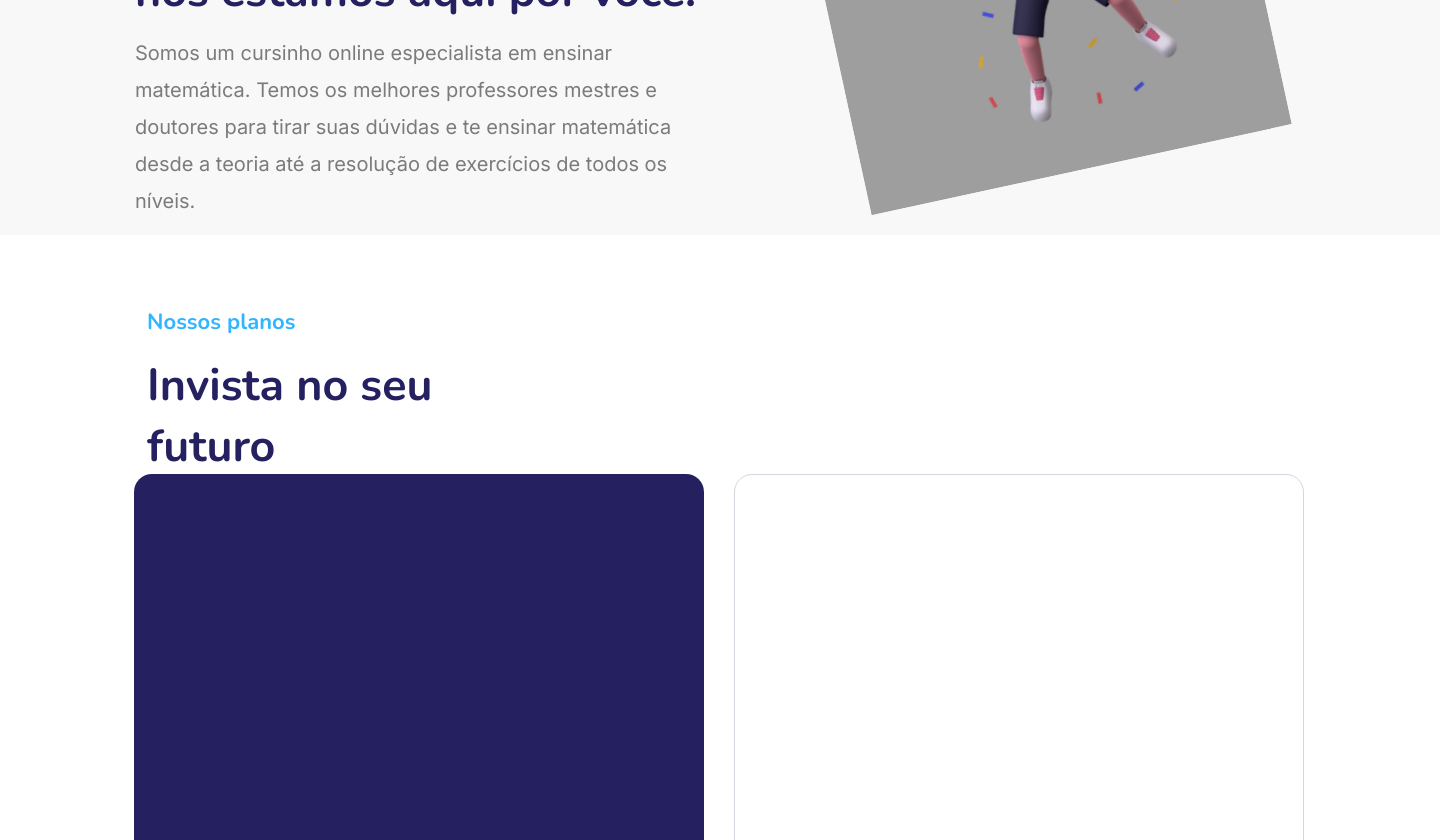
Repository: Williamlmachado/Desafio-Landing-page
Page: index.html
These files come from the project's save history. The page is drawn as it stood at one moment and after the next save; the edit follows.
The browser window is 1280 px wide. The page is 1452 px wide, so the pictures cover 1452 px, including what lies to the right of the window. The pictures show the part of the page from y = 2419 to 3259 px (the page is 5207 px tall).
Pictures or frames that could not be fetched are drawn as grey boxes. Some icons come from a web library that is not loaded, so they are not drawn.

Above is the page before, as saved 2021-11-10 19:38:21.

### index.html
<!DOCTYPE html>
<html lang="en">

<head>
  <meta charset="UTF-8">
  <meta http-equiv="X-UA-Compatible" content="IE=edge">
  <meta name="viewport" content="width=device-width, initial-scale=1.0">
  <link rel="stylesheet" href="path/to/font-awesome/css/font-awesome.min.css">
  <link href="https://fonts.googleapis.com/css2?family=Inter:wght@100;200;300;400;500;600&display=swap" rel="stylesheet">
  <link href="https://fonts.googleapis.com/css2?family=Nunito:ital,wght@0,200;0,300;0,400;0,700;0,800;0,900;1,200;1,300;1,400;1,600;1,700;1,800;1,900&display=swap" rel="stylesheet">
  <link href="https://fonts.googleapis.com/css2?family=Fredoka+One&display=swap" rel="stylesheet">
  <link href="https://cdn.jsdelivr.net/npm/bootstrap@5.1.3/dist/css/bootstrap.min.css" rel="stylesheet"
    integrity="sha384-1BmE4kWBq78iYhFldvKuhfTAU6auU8tT94WrHftjDbrCEXSU1oBoqyl2QvZ6jIW3" crossorigin="anonymous">
  <link rel="stylesheet" href="style.css">
  <script src="https://cdn.jsdelivr.net/npm/bootstrap@5.1.3/dist/js/bootstrap.bundle.min.js"
    integrity="sha384-ka7Sk0Gln4gmtz2MlQnikT1wXgYsOg+OMhuP+IlRH9sENBO0LRn5q+8nbTov4+1p"
    crossorigin="anonymous"></script>
  <title>Document</title>

<body>
  <nav class="navbar navbar-expand-lg navbar-light bg-light">
    <a class="navbar-brand" href="#">
      <img src="img/logoipsum-logo-40 2.svg" alt="logo">
    </a>
    <button class="navbar-toggler" type="button" data-toggle="collapse" data-target="#navbarNav" aria-controls="navbarNav" aria-expanded="false" aria-label="Toggle navigation">
      <span class="navbar-toggler-icon"></span>
    </button>
    <nav>
    <div class="collapse navbar-collapse" id="navbarNav">
      <ul class="navbar-nav">
      <nav class="navbar-nav ml-auto">
        <li class="nav-item">
          <a class="nav-link disabled" href="#">Home <span class="sr-only"></span></a>
        </li>
        <li class="nav-item">
          <a class="nav-link disabled" href="#">Quem Somos</a>
        </li>
        <li class="nav-item-right">
          <a class="nav-link disabled" href="#">Plano</a>
        </li>
        <li class="nav-item">
          <a class="nav-link disabled" href="#">Fale Conosco</a>
        </li>
        <li class="nav-item">
          <button class="nav-button" type="button">Entrar</button>
        </li>
      </nav>
      </ul>
    </div>
  </nav>
    <div class="retangle-1">
      <div class="row">
          <div class="retangle-8">
           <div class="col"><img class="spaceboy" src="img/image 3.svg" alt="astronauta"><H4 class="frase1">Seja aprovado no Enem e Vestibulares :)</H4>
          <H1 class="frase2">Você escolhe o que aprender.</H1></div>
          <h4 class="frase3">Aqui você terá toda assistência que precisa
            com materiais desenvolvido por mestres e doutores em matemática</h4>
          <button type="button" class="buttonret"><p class="fraseButton">Veja nossos planos</p><i class="fas fa-arrow-right"></i></button>
          </div>
          </div>
        <div class="col"><img class="boy" src="img/image 8.svg" alt="garoto"></div>
     </div>
    </div>
  <div class="retangle-2">
    <div class="escolas">
    <img src="img/Captura de Tela 2021-05-22 às 02.33 1.svg" alt="escolas">
  </div>
  <div class="row">
    <div class="col"><img class="smallogos" src="img/Group 53.svg" alt="smallogos"><p class="group12"><img class="group12" src="img/Group 12.svg"></p><p><img class="group13" src="img/Group 13.svg"></p><p><img class="group14" src="img/Group 14.svg"></p></div>
    <div class="col"><img class="adolescente" src="img/pretty-teenager-happy-to-be-back-at-university 1.svg" alt="prettyteenager"></div>
  </div>
    <div class="retangle-3">
      <div class="row">
        <div class="column1"><img class="feliz" src="img/image 43.svg" alt="foguete"><div class="frase4"><p>100% MATEMÁTICA</p></div><h3 class="frase5">Matemática pra quem quer entrar na facul</h3><h4 class="frase6">Somos um cursinho online especialista em ensinar matemática. Temos os melhores professores mestres e doutores para tirar suas dúvidas e te ensinar matemática desde a teoria até a resolução de exercícios de todos os níveis.</h4></div></div>

       <div class="column2"><img class="foguete" src="img/image 45.svg" alt="feliz"><div class="frase7"><p>QUER SER APROVADO?</p></div><h3 class="frase8">Se seu foco é ser aprovado, nós estamos aqui por você.</h3><h4 class="frase9">Somos um cursinho online especialista em ensinar matemática. Temos os melhores professores mestres e doutores para tirar suas dúvidas e te ensinar matemática desde a teoria até a resolução de exercícios de todos os níveis.</h4></div></div>
        </div>
      </div>
    </div>
    <div class="retangle-5">
      <div class="row">
        <h4 class="nossosplanos">Nossos planos</h4><p class="invista">Invista no seu futuro</p>
        <div class="col-1">
            <div class="retint1"></div>
        </div>
        <div class="col-2">
          <div class="retint2"></div>
        </div>
      </div>

    </div>
    <div class="retangle-4">
      <div class="row">
        <div class="col"><img class="celular" src="img/Frame 12.svg"><img class="celulardados" src="img/Group 41.svg"><img class="spaceboy2" src="img/image 3.svg" alt="spaceboy2"><h4 class="Baixe">Baixe aulas no app e estude offline</h4><p class="receba">Receba lembretes no seu celular e tenha a facilidade de estudar a qualquer hora e de qualquer lugar.
          Baixe nosso app e confira.</p><button type="button" class="buttonret4"><p class="fraseButton">Conheça nossos planos</p><i class="fas fa-arrow-right"></i></button></div>
        <div class="col"></div>
    </div>
  </div>
  <!-- <footer id="footer" class="py-5">
    <div class="row">
      <div class="col-md-5">
        <img class="" src="img/logoipsum-logo-40 2.svg" alt="logo">
        <div><img class=""src="img/Captura de Tela 2021-05-25 às 19.59 1.svg" alt="androideios"></div>
      </div>
      <div class="col-sm-2">
        <h5>Localização</h5>
        <p>Av. Brg. Faria Lima , 1422 São Paulo - SP </p>
      </div>
      <div class="col-sm-2">
        <h5>Fale Conosco</h5>
        <p>(22) 4442-0126</p>
        <p>info@digihouse.com</p>
      </div>
      <div class="col-sm-2">
        <h5>Política</h5>
        <p>Direitos autorais</p>
        <p>Termos de uso</p>
        <p>Políticas de Privacidade</p>
      </div>
      <hr class="linha"> -->
      <!-- <img class="copyright" src="img/Copyright.svg" alt="copyright"> -->
<span>Copyright 2021. All Right Reserved </span>
  </footer>
  </div>
</body>
</head>
</html>

### style.css
.nav-button{
    display: flex;
    flex-direction: row;
    justify-content: center;
    align-items: center;
    padding: 15px 116px;

    width: 133px;
    height: 43px;
    left: 1239px;
    top: 18px;

    /* Primary */
    background: #252160;

    /* Branco */
    border: 1px solid #FFFFFF;
    box-sizing: border-box;
    border-radius: 6px;
    color: #FFFFFF;
}

.nav-home{
    position: absolute;
    width: 46px;
    height: 22px;
    left: 5px;
    top: 0px;

    font-family: Inter;
    font-style: normal;
    font-weight: bold;
    font-size: 16px;
    line-height: 22px;

    /* identical to box height, or 137% */

    /* Primary */
    color: #252160;
}

.navbrad-brand{
    position: absolute;
    left: 58.02%;
    right: 35.2%;
    top: 34.99%;
    bottom: 29.03%;

    /* Primary */
    background: #252160;
}

#footer{
    position: absolute;
    width: 1550px;
    height: 373px;
    /* left: calc(50% - 1449px/2 + 4.5px); */
    top: calc(50% - 373px/2 + 2603.5px);

    /* Branco */
    background: #FFFFFF;
}

.imagemfooter{
    position: absolute;
    left: 3.51%;
    right: 72.51%;
    top: 18.75%;
    bottom: 18.75%;
    color: #A5B4FC;
}

.linha{
    margin-top: 150px;
    position: absolute;
    width: 1210px;
    left: 135px;
    border: 1px solid rgba(84, 84, 212, 0.34);
}

.col-md-5{
    align-items: center;
    align-content: center;
}

.copyright{

}

.retangle-1{
    position: absolute;
    width: 1440px;
    height: 821px;
    left: 0px;
    top: 79px;

    /* Primary */
    background: #252160;
}

.spaceboy{
    position: absolute;
    width: 50.02px;
    height: 36.06px;
    left: 125px;
    right: 150px;
    flex: none;
    order: 0;
    flex-grow: 0;
    margin: 50px -15px;
    transform: rotate(+15.22deg);
}

.retangle-2{
    position: absolute;
    width: 1440px;
    height: 821px;
    left: 0px;
    top: 900px;
    background: #ffff;
}
.retangle-3{
    position: absolute;
    width: 1440px;
    height: 954px;
    left: 0px;
    top: 800px;
    background: #F8F8F8
}

.escolas{
    position: absolute;
    width: 1270px;
    height: 164px;
    left: 66px;
    top: 35px;
}

.adolescente{
    position: relative;
    width: 600px;
    height: 738px;
    left: 25px;
    top: 105px;
    flex: none;
    order: 0;
    flex-grow: 0;
    margin: 6px 0px;
}

.smallogos{
    position: absolute;
    width: 67.79px;
    height: 403.63px;
    left: 112px;
    top: 275px;
}

.group12{
    position: absolute;
    width: 510.72px;
    height: 141px;
    left: 80px;
    top: 220px;
}

.group13{
    position: absolute;
    width: 510.72px;
    height: 155px;
    left: 195px;
    top: 275px;
}

.group14{
    position: absolute;
    width: 510.72px;
    height: 131px;
    left: 214px;
    top: 618px;
}

.boy{
    position: absolute;
    left: 763px;
    right: 143px;
    top: 153px;
    bottom: 120px;

}

.retangle-8{
    /* Rectangle 8 */

    position: absolute;
    width: 741.6px;
    height: 645.98px;
    left: 60px;
    top: 106px;

    background: #292663;
    border-radius: 124px;
    transform: rotate(-15.22deg);
    }

.frase1{
    position: absolute;
    width: 472px;
    height: 28px;
    top: 81PX;
    left:200px;
    right: 100px;

    font-family: inter;
    font-style: normal;
    font-weight: bold;
    font-size: 20.59px;
    line-height: 26px;

    color: #3AFFE5;
    flex: none;
    order: 1;
    flex-grow: 0;
    margin: 50px -30px;
    transform: rotate(+15.22deg);
}

.frase2{
    position: absolute;
    width: 631px;
    height: 151px;
    left: 65px;
    top: 200px;

    font-family: Fredoka One;
    font-style: normal;
    font-weight: normal;
    font-size: 65.1467px;
    line-height: 76px;
    transform: rotate(+15.22deg);
    /* or 116% */
    letter-spacing: -0.01em;

    /* Branco */
    color: #FFFFFF;
}

.frase3{
    position: absolute;
    width: 523px;
    height: 87px;
    left: 35px;
    top: 350px;

    font-family: Inter;
    font-style: normal;
    font-weight: normal;
    font-size: 19.45px;
    line-height: 29px;
    transform: rotate(+15.22deg);
    /* or 149% */
    letter-spacing: 0.38px;

    color: #FFFFFF;
}

.buttonret{
    display: flex;
    flex-direction: row;
    justify-content: center;
    align-items: center;
    padding: 15px 116px;

    position: absolute;
    width: 380.41px;
    height: 59.33px;
    left: 15px;
    top: 440px;
    transform: rotate(+15.22deg);
    /* Secundary */
    background: #3AFFE5;
    border-radius: 6px;
}

.fraseButton{
    position: static;
    height: 21px;
    left: 22.42%;
    right: 37.1%;
    top: calc(50% - 21px/2 + 0px);

    font-family: Inter;
    font-style: normal;
    font-weight: bold;
    font-size: 17.45px;
    line-height: 21px;
    text-align: center;
    letter-spacing: -0.618281px;

    /* Primary */
    color: #252160;


    /* Inside Auto Layout */
    flex: none;
    order: 0;
    flex-grow: 0;
    margin: 0px 24px;
}

.feliz{

    position: absolute;
    width: 430.2px;
    height: 469.21px;
    left: 817.06px;
    top: 425px;
    background: url(.png);
    transform: rotate(-12.24deg);
}

.frase4{
    position: absolute;
    width: 394.54px;
    height: 30px;
    left: 705px;
    top: 88px;
    font-family: Nunito;
    font-style: normal;
    font-weight: bold;
    font-size: 22px;
    line-height: 30px;
    /* Azul */
    color: #32B5FF;
}

.frase5{
    position: absolute;
width: 575.63px;
height: 122px;
left:705px;
top: 123px;

font-family: Nunito;
font-style: normal;
font-weight: bold;
font-size: 44.83px;
line-height: 61px;

/* Primary */
color: #252160;
}

.frase6{
    position: absolute;
    width: 600px;
    height: 182.69px;
    left: 705px;
    top: 261px;

    font-family: Inter;
    font-style: normal;
    font-weight: normal;
    font-size: 20px;
    line-height: 37px;

    /* or 186% */

    /* Gray - 200 */
    color: #7B7B7B;
}

.frase7{
    position: absolute;
    width: 394.54px;
    height: 30px;
    left: 135px;
    top: 575px;
    font-family: Nunito;
    font-style: normal;
    font-weight: bold;
    font-size: 22px;
    line-height: 30px;
    /* Azul */
    color: #32B5FF;
}


.frase8{
    position: absolute;
    width: 575.12px;
    height: 121.47px;
    left: 135px;
    top: 618.53px;

    font-family: Nunito;
    font-style: normal;
    font-weight: bold;
    font-size: 44.8277px;
    line-height: 61px;

    /* Primary */
    color: #252160;
}

.frase9{
    position: absolute;
    width: 598px;
    height: 157px;
    left: 135px;
    top: 753.53px;

    font-family: Inter;
    font-style: normal;
    font-weight: normal;
    font-size: 20px;
    line-height: 37px;

    /* or 185% */

    /* Gray - 200 */
    color: #7B7B7B;
}

.foguete{
    position: absolute;
    width: 450px;
    height: 450px;
    left: 167px;
    top: 75px;

}

.retangle-4{
    position: absolute;
    width: 1440px;
    height: 672px;
    left: 0px;
    top: 4535px;
    background: #252160;
}

.celular{
    position: absolute;
    width: 480px;
    height: 756px;
    left: 152px;
    top: -100px;
}

.celulardados{
    position: absolute;
    width: 482.9px;
    height: 294.32px;
    left: 207.1px;
    top: 240.53px;

    filter: drop-shadow(0px 1.08032px 5.40161px rgba(37, 33, 96, 0.1));
}
.spaceboy2{
    width: 50.02px;
    height: 36.06px;
    margin-top: 213px;
    margin-left: 784px;
}

.Baixe{
    position: static;
    width: 472px;
    height: 28px;
    left: 213.02px;
    top: 857.02px;

    font-family: Inter;
    font-style: normal;
    font-weight: bold;
    font-size: 20.59px;
    line-height: 26px;

    /* or 124% */

    /* Secundary */
    color: #3AFFE5;


    /* Inside Auto Layout */
    flex: none;
    order: 1;
    flex-grow: 0;
    margin-top: -30px;
    margin-left: 857.02px;
}

.receba{
    position: absolute;
    width: 523px;
    height: 87px;
    left: 857.02px;
    top: 275px;

    font-family: Inter;
    font-style: normal;
    font-weight: normal;
    font-size: 19.45px;
    line-height: 29px;

    /* or 149% */
    letter-spacing: 0.38px;

    /* Branco */
    color: #FFFFFF;
}

.buttonret4{
    display: flex;
    flex-direction: row;
    justify-content: center;
    align-items: center;
    padding: 15px 116px;

    position: absolute;
    width: 380.41px;
    height: 59.33px;
    left: 858px;
    top: 400px;
    /* Secundary */
    background: #3AFFE5;
    border-radius: 6px;
}

.retangle-5{
    position: absolute;
    width: 1440px;
    height: 1880px;
    left: 0px;
    top: 2656px;
    background: #ffff;
}

.retint1{
    position: absolute;
    width: 570px;
    height: 692px;
    left: 134px;
    top: 237px;

    /* Primary */
    background: #252160;
    border-radius: 18px;
}

.retint2{
    position: absolute;
    width: 570px;
    height: 692px;
    left: 734px;
    top: 237px;

    border: 1px solid rgba(32, 30, 84, 0.18);
    box-sizing: border-box;
    border-radius: 18px;
}

.nossosplanos{
    position: absolute;
    width: 333.69px;
    height: 30px;
    left: 135px;
    top: 70px;
    font-family: Nunito;
    font-style: normal;
    font-weight: bold;
    font-size: 22px;
    line-height: 30px;
    color: #32B5FF;
}

.invista{
    position: absolute;
    width: 424px;
    height: 61px;
    left: 135px;
    top: 118px;
    font-family: Nunito;
    font-style: normal;
    font-weight: bold;
    font-size: 44.8277px;
    line-height: 61px;
    color: #252160;
}

After the next save:
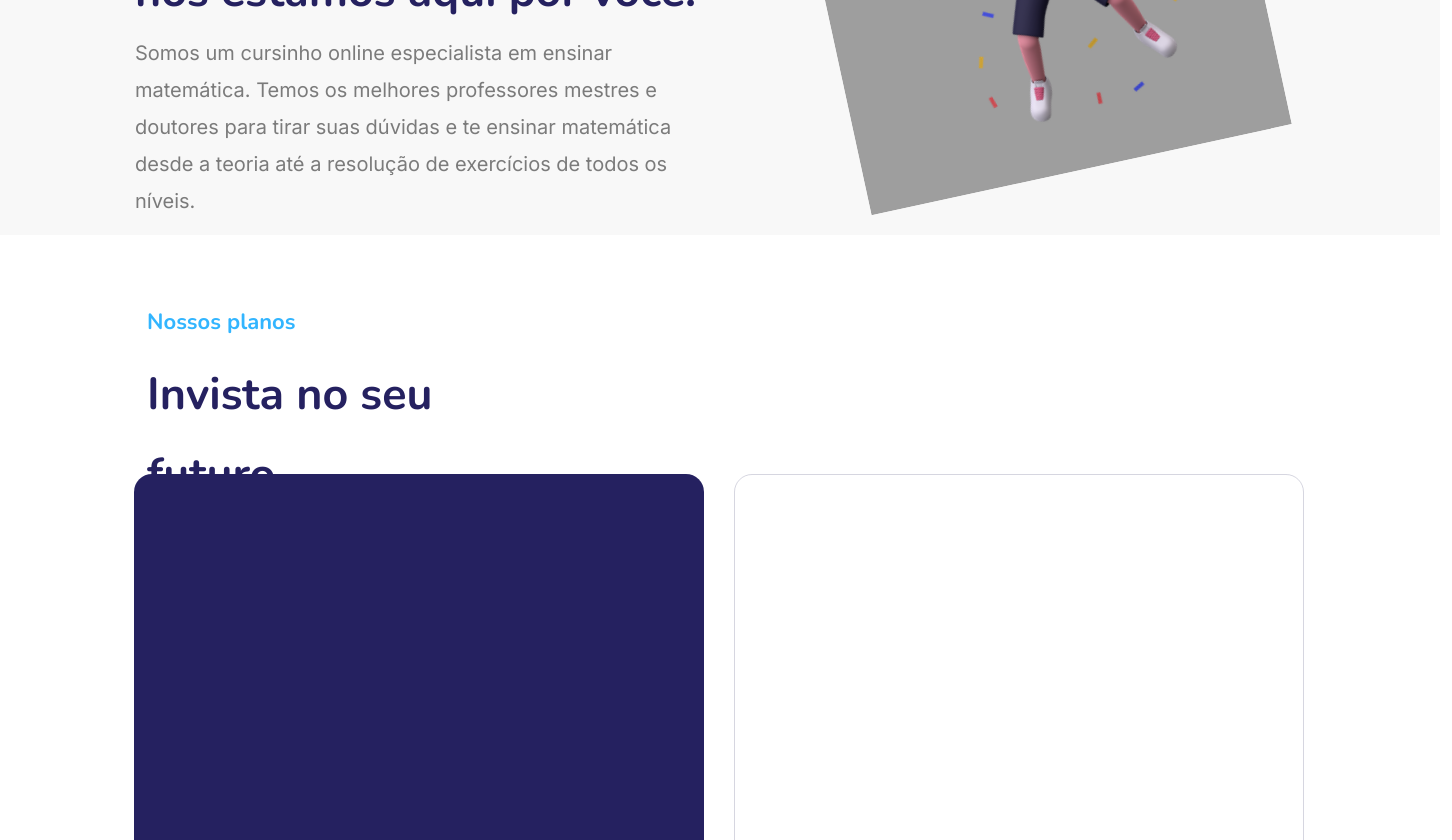
Saved 110 s later.
--- a/style.css
+++ b/style.css
@@ -585,6 +585,6 @@
     font-style: normal;
     font-weight: bold;
     font-size: 44.8277px;
-    line-height: 61px;
+    line-height: 80px;
     color: #252160;
 }

After the save that followed:
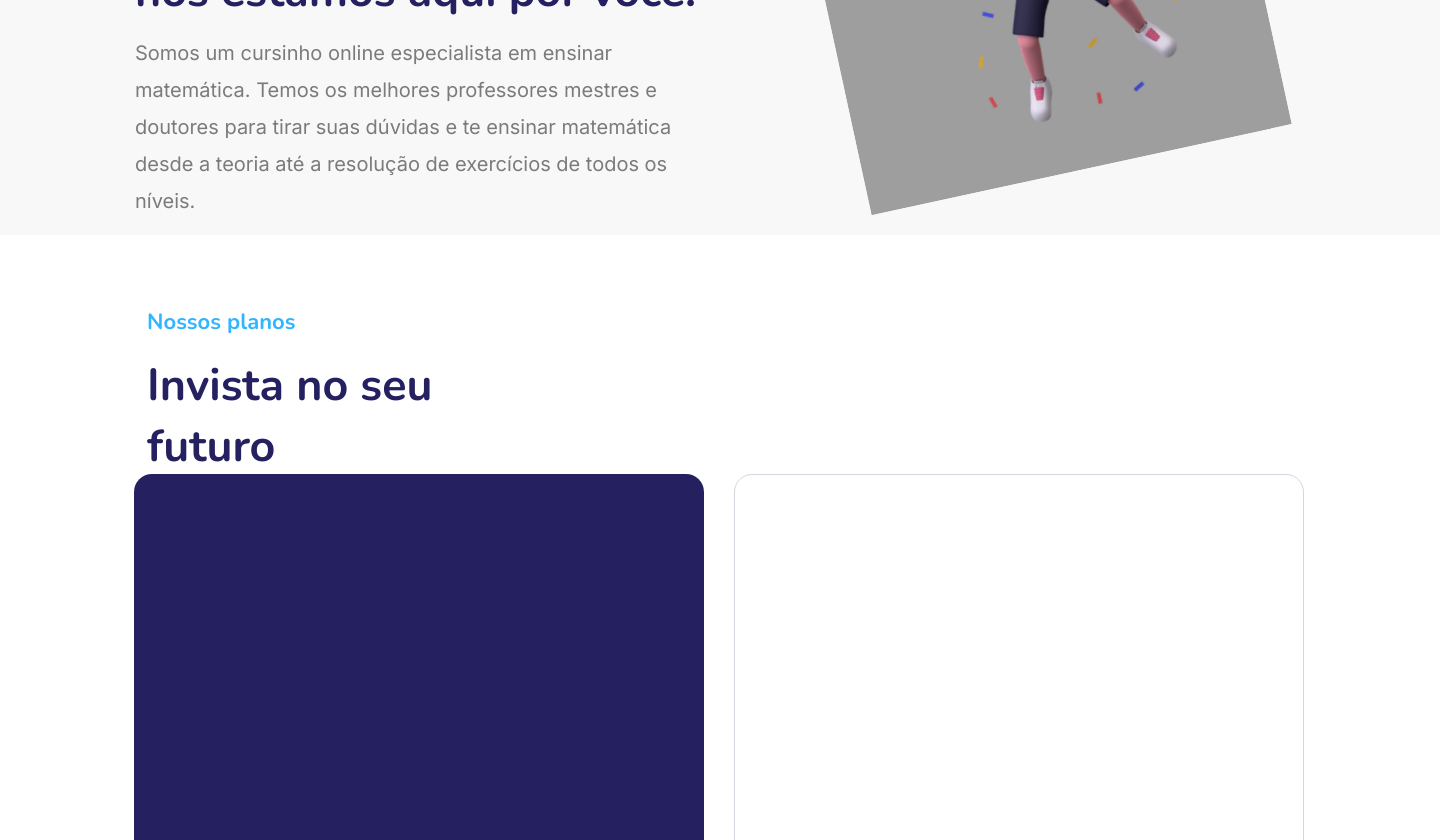
Saved 8 s later.
--- a/style.css
+++ b/style.css
@@ -578,13 +578,13 @@
 .invista{
     position: absolute;
     width: 424px;
-    height: 61px;
+    height: 80px;
     left: 135px;
     top: 118px;
     font-family: Nunito;
     font-style: normal;
     font-weight: bold;
     font-size: 44.8277px;
-    line-height: 80px;
+    line-height: 61px;
     color: #252160;
 }
